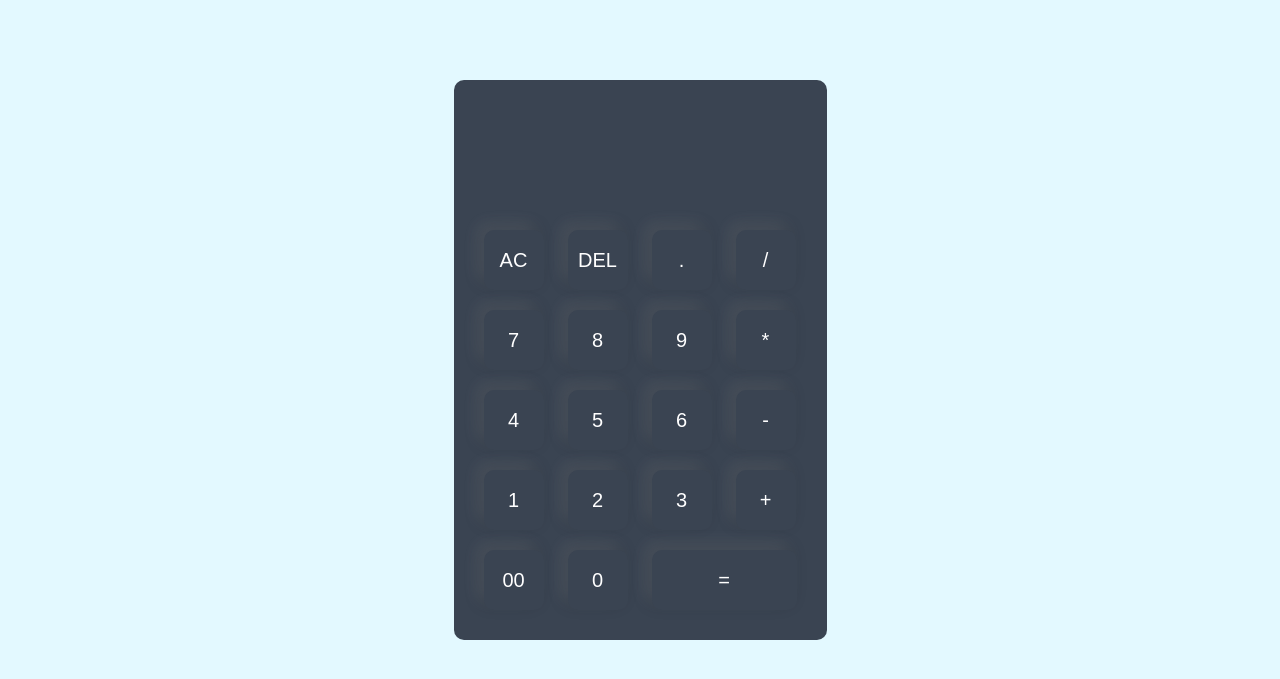
Repository: isaacCodes1/Calculator
Page: index.html
These files come from the project's save history. The page is drawn as it stood at one moment and after the next save; the edit follows.
The browser window is 1280 px wide. The pictures show the whole page.

Above is the page before, as saved 2024-04-01 18:38:17.

After the next save:
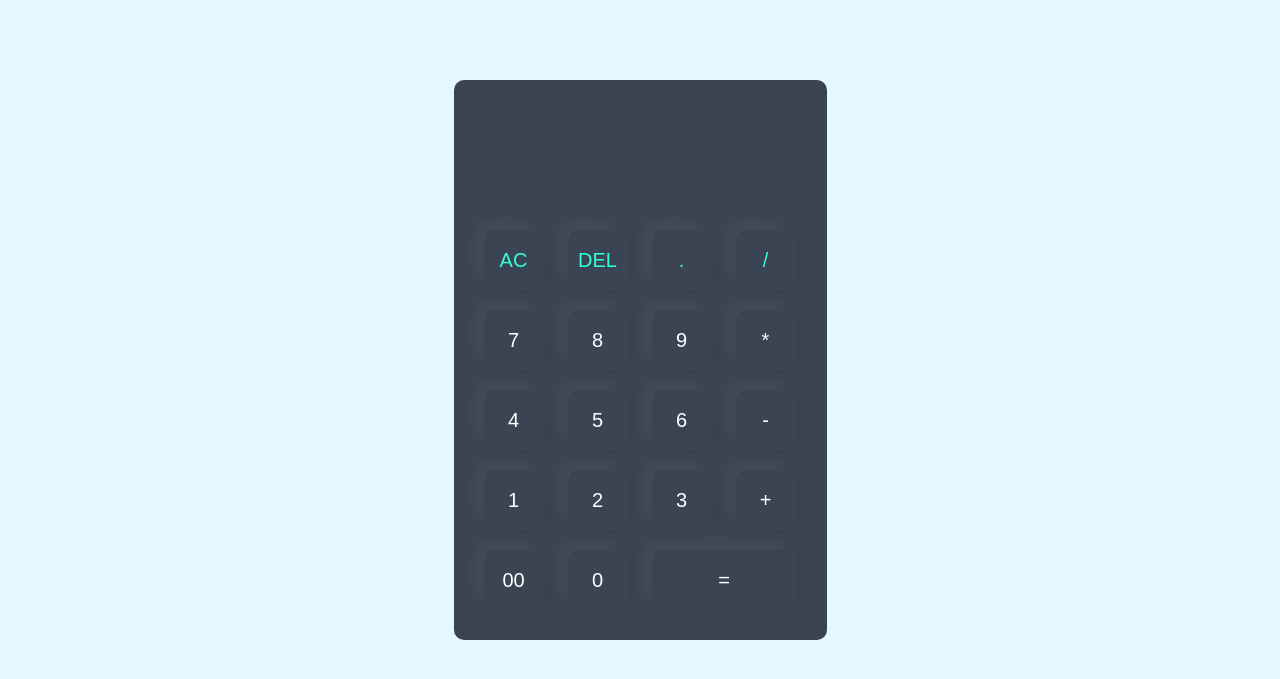
Saved 11 s later.
--- a/style.css
+++ b/style.css
@@ -43,6 +43,6 @@ form .display input{
 form input.equal{
     width: 145px;
 }
-.operator{
+form input.operator{
     color: #33ffd8;
 }
